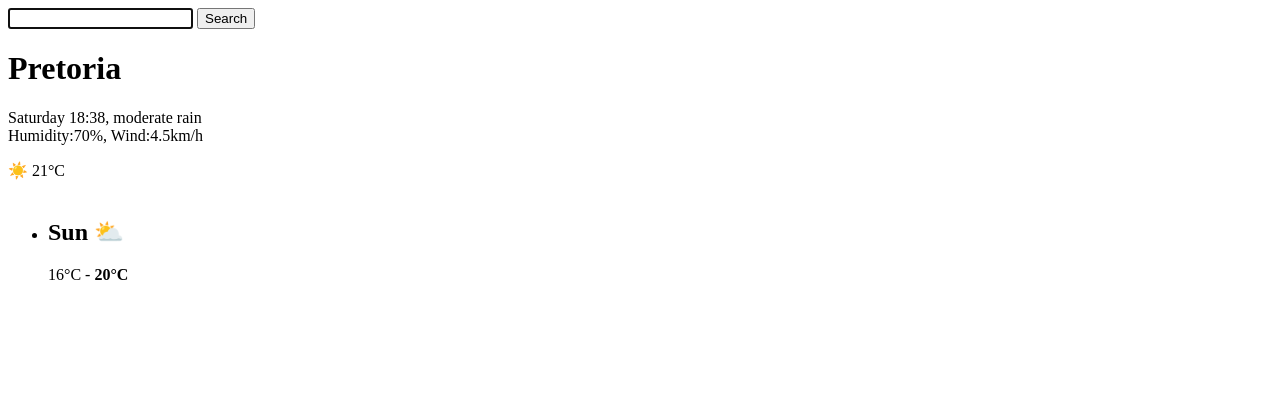
Repository: onalennaleso/empty
Page: weather.html
An editor plug-in stored every save of this project. The page is shown before and after the next save, followed by the edit.
The browser window is 1280 px wide. The pictures show the whole page.

Above is the page before, as saved 2024-02-22 04:44:27.

After the next save:
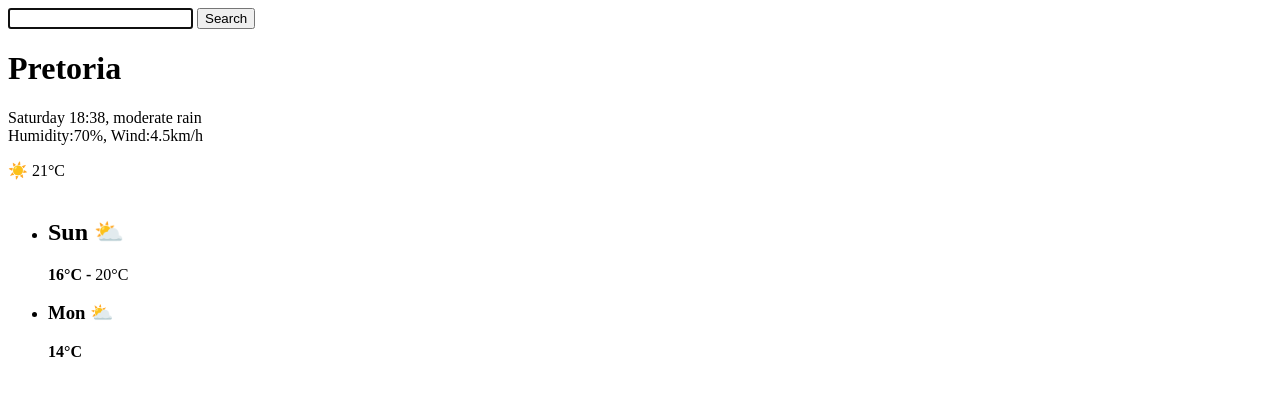
Saved 4 min 33 s later.
--- a/weather.html
+++ b/weather.html
@@ -29,7 +29,13 @@
             <h2>
                 Sun ⛅️
             </h2>
-            <p> 16&deg;C - <strong> 20&deg;C </strong></p>
+            <p> <strong>16&deg;C - </strong> 20&deg;C </p>
+        </li>
+        <li>
+            <h3>
+                Mon ⛅️
+            </h3>
+            <p><strong>14&deg;C</strong></p>
         </li>
     </ul>
 
